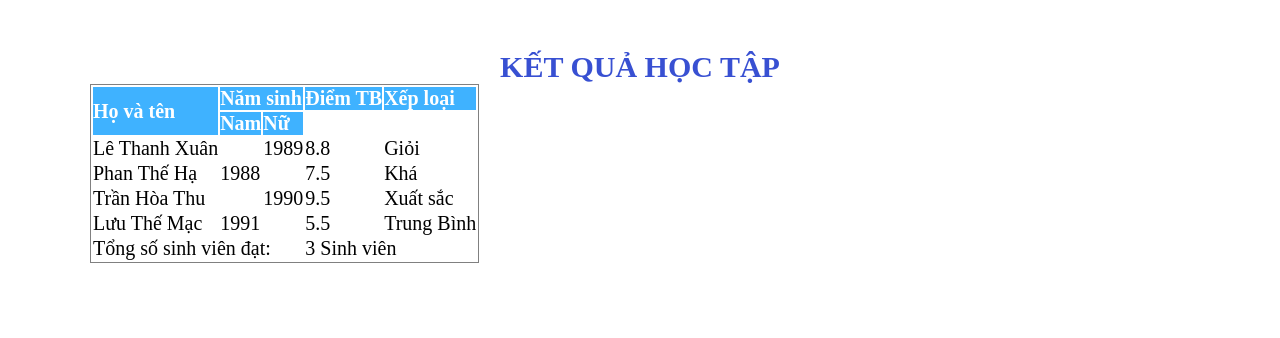
Repository: tuiladev/TKW
Page: Table/index.html
The author's editor kept a copy of each file at every save. The page is drawn from the files as they stood at one save, then again after a run of saves.
The browser window is 1280 px wide. The pictures show the whole page.

Above is the page before, as saved 2022-03-16 14:46:26.

After the next 2 saves:
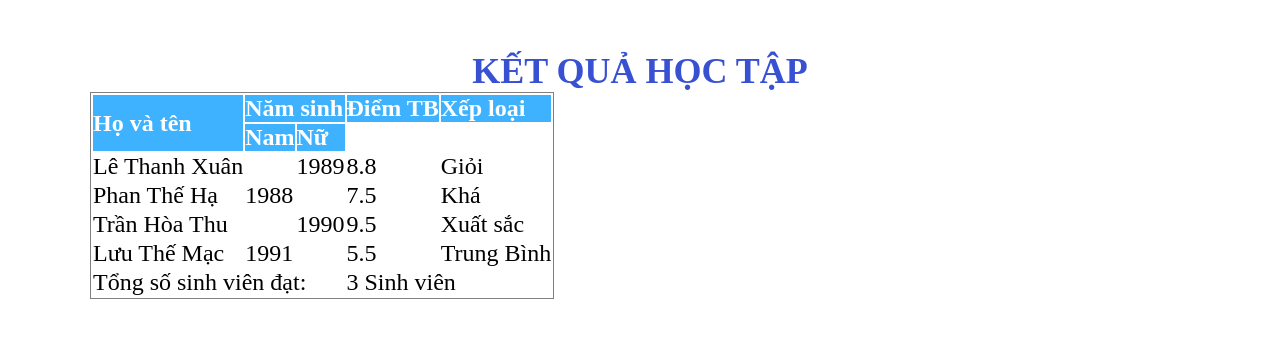
The 2 saves are shown as one change because they came seconds apart.
The last was saved 9 s later.
--- a/Table/index.html
+++ b/Table/index.html
@@ -18,7 +18,7 @@
         max-width: 1200px;
         padding: 0 50px;
         margin: 50px auto;
-        font-size: 20px;
+        font-size: 24px;
       }
 
       /* ============ Table ============*/
